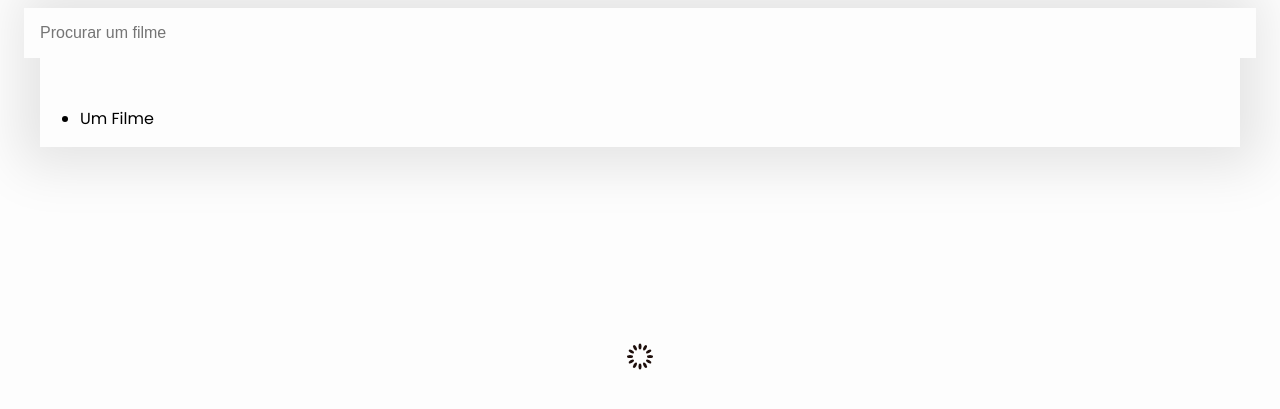
Repository: giordanobraz/agenda-edu-challenge
Page: /
These files come from the project's save history. The page is drawn as it stood at one moment and after the next save; the edit follows.
The browser window is 1280 px wide. The pictures show the whole page.
The page's requests for data from a server got no answer. The project was rebuilt for these pictures with package versions that can differ from the ones it lists, and the page was loaded fresh each time. No one was signed in, and anything a server would have sent is missing. Also part of the build but not shown: src/components/List/MovieList.scss, src/components/Details/Details.scss, src/components/Details/Details.js, src/pages/Details/index.js.

Above is the page before, as saved 2022-05-13 16:48:37.

After the next save:
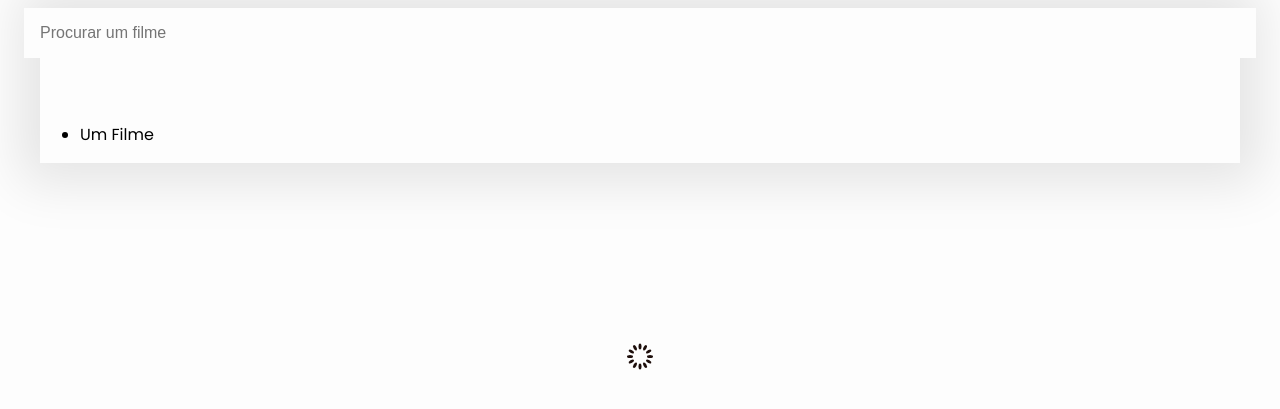
Saved 4 s later.
--- a/src/components/Search/SearchBar.scss
+++ b/src/components/Search/SearchBar.scss
@@ -32,6 +32,6 @@
 
   .search-bar-items {
     width: 100%;
-    margin-top: 2rem;
+    margin-top: 3rem;
   }
 }
